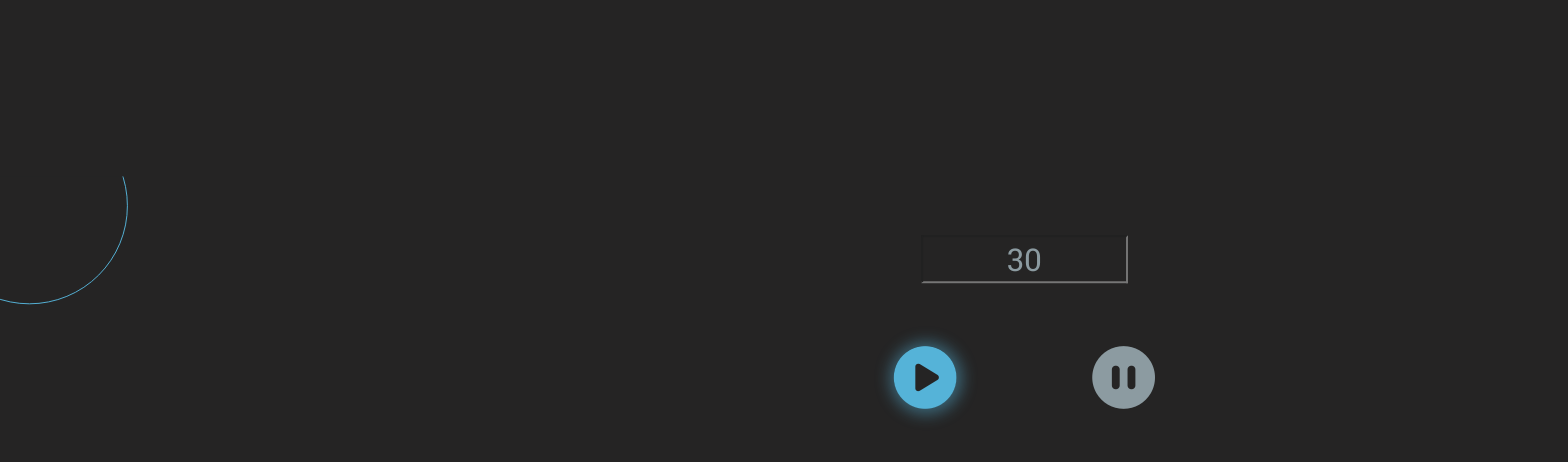
Repository: Sbethm/javascript-challenges
Page: index.html
The author's editor kept a copy of each file at every save. The page is drawn from the files as they stood at one save, then again after a run of saves.
The browser window is 1280 px wide. The page is 1280 px wide, then 1600 px, so the pictures cover 1600 px, including what lies to the right of the window. The pictures show the whole page, at 98% of full size.
Some web libraries are served in a nearby version. The style sheet was rebuilt from its Sass, Less or Tailwind sources for each picture, by a compiler version that may differ from the author's.

Above is the page before, as saved 2021-09-17 15:37:39.

After the next 5 saves:
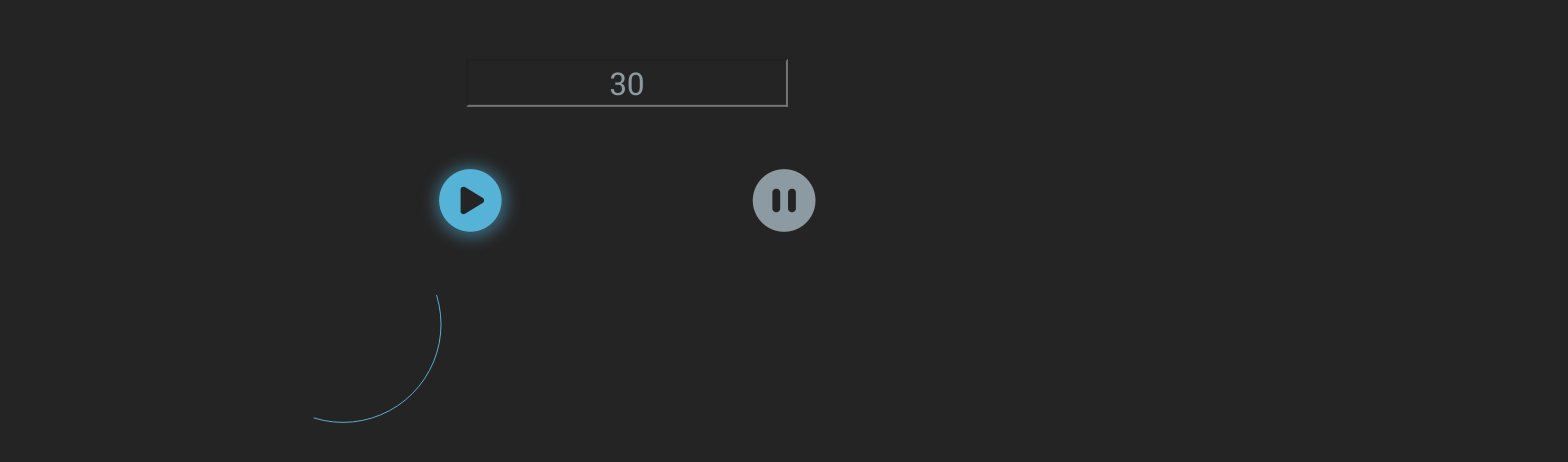
The 5 saves are shown as one change because they came seconds apart.
The last was saved 28 s later.
--- a/index.html
+++ b/index.html
@@ -14,10 +14,10 @@
 <body>
     <header></header>
     <main>
-        <svg>
-            <circle r="100" cx="30" cy="30"\>
-        </svg>
         <div class="container">
+            <svg>
+                <circle r="100" cx="30" cy="30"\>
+            </svg>
             <input type="text" value="30">
             <i class="fas fa-play-circle active"></i>
             <i class="fas fa-pause-circle"></i>
